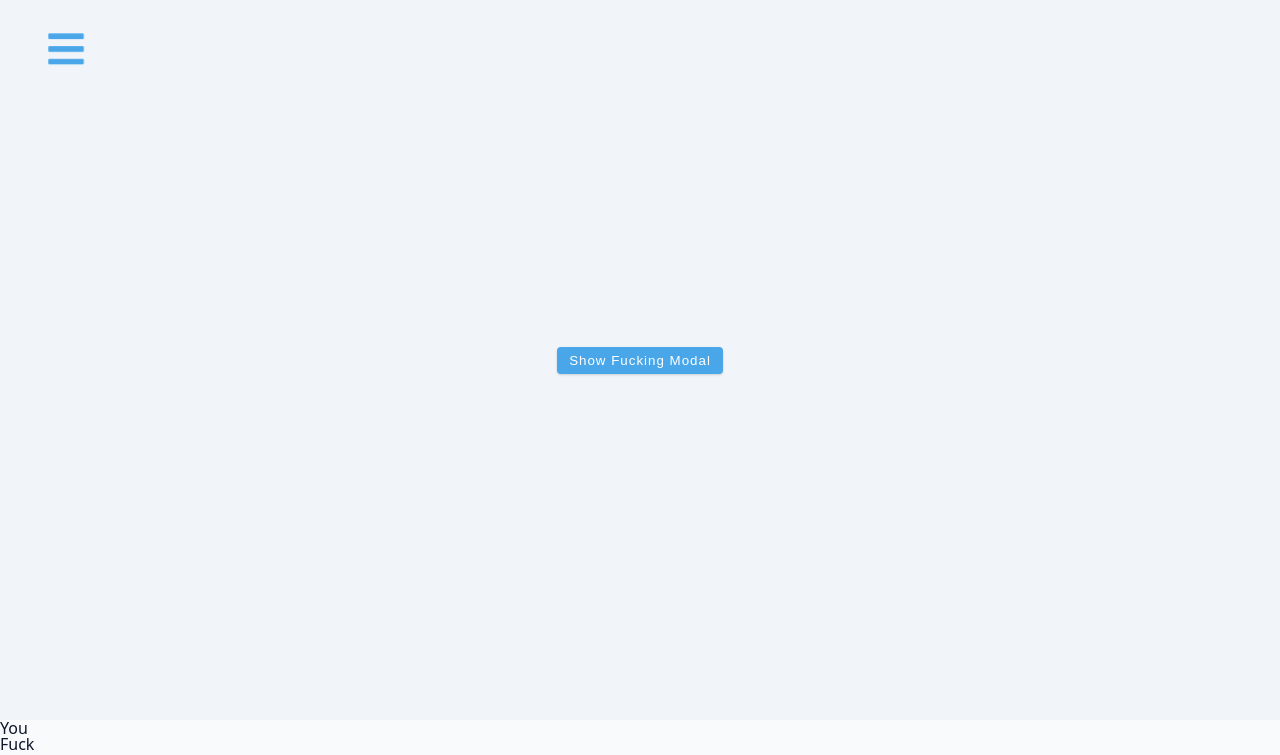
Repository: Maryie-B/React-Practice-Projects
Page: / (app in Sidebar/)
An editor plug-in stored every save of this project. The page is shown before and after the next save, followed by the edit.
The browser window is 1280 px wide. The pictures show the whole page.
The project was rebuilt for these pictures with package versions that can differ from the ones it lists, and the page was loaded fresh each time. Also part of the build but not shown: Sidebar/vite.config.js.

Above is the page before, as saved 2023-06-13 11:02:57.

After the next save:
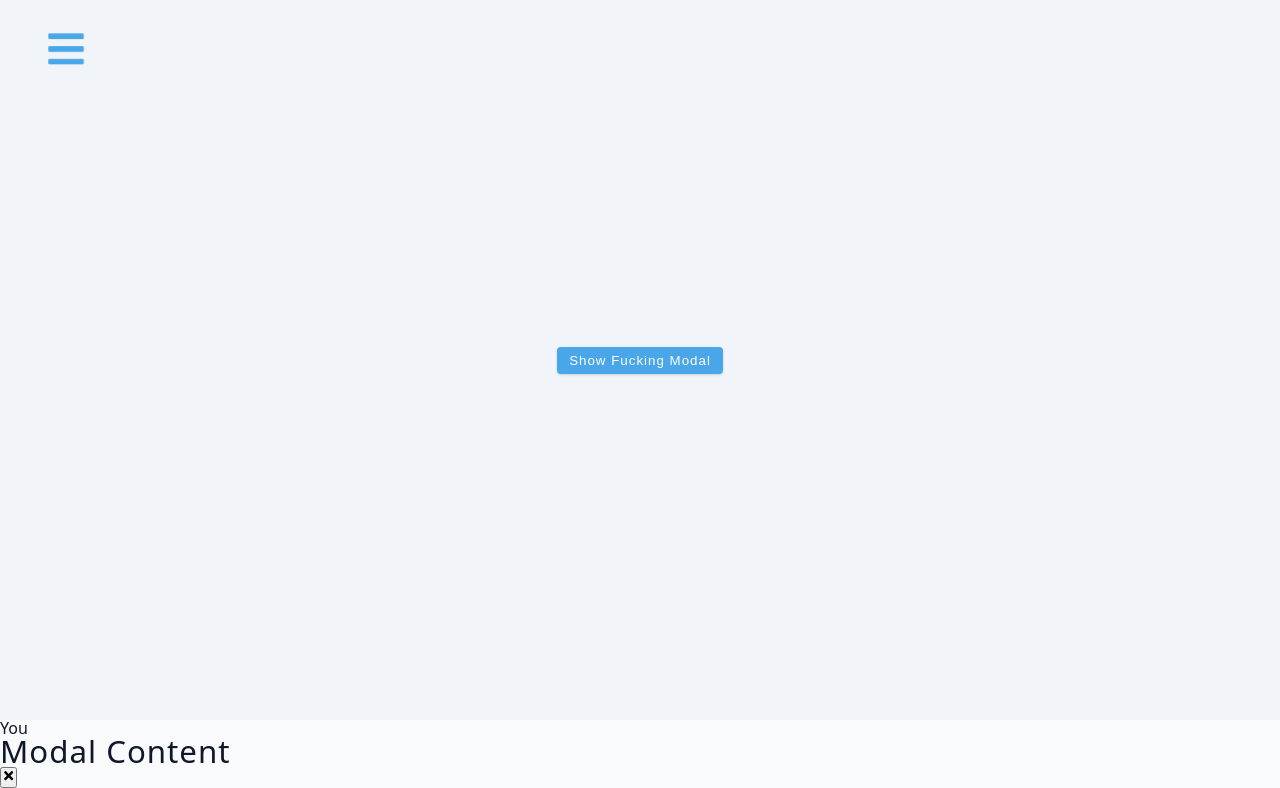
Saved 3 min 54 s later.
--- a/Sidebar/src/Modal.jsx
+++ b/Sidebar/src/Modal.jsx
@@ -1,9 +1,17 @@
 import React from 'react'
+import { FaTimes } from 'react-icons/fa'
+import { useGlobalContext } from './Context'
 
 const Modal = () => {
+    const { isModalOpen, closeModal} = useGlobalContext();
   return (
-    <div>
-      Fuck
+    <div className='modal-overlay'>
+      <div className="modal-container">
+        <h3>Modal Content</h3>
+        <button className="close-modal-btn" onClick={closeModal}>
+            <FaTimes />
+        </button>
+      </div>
     </div>
   )
 }
